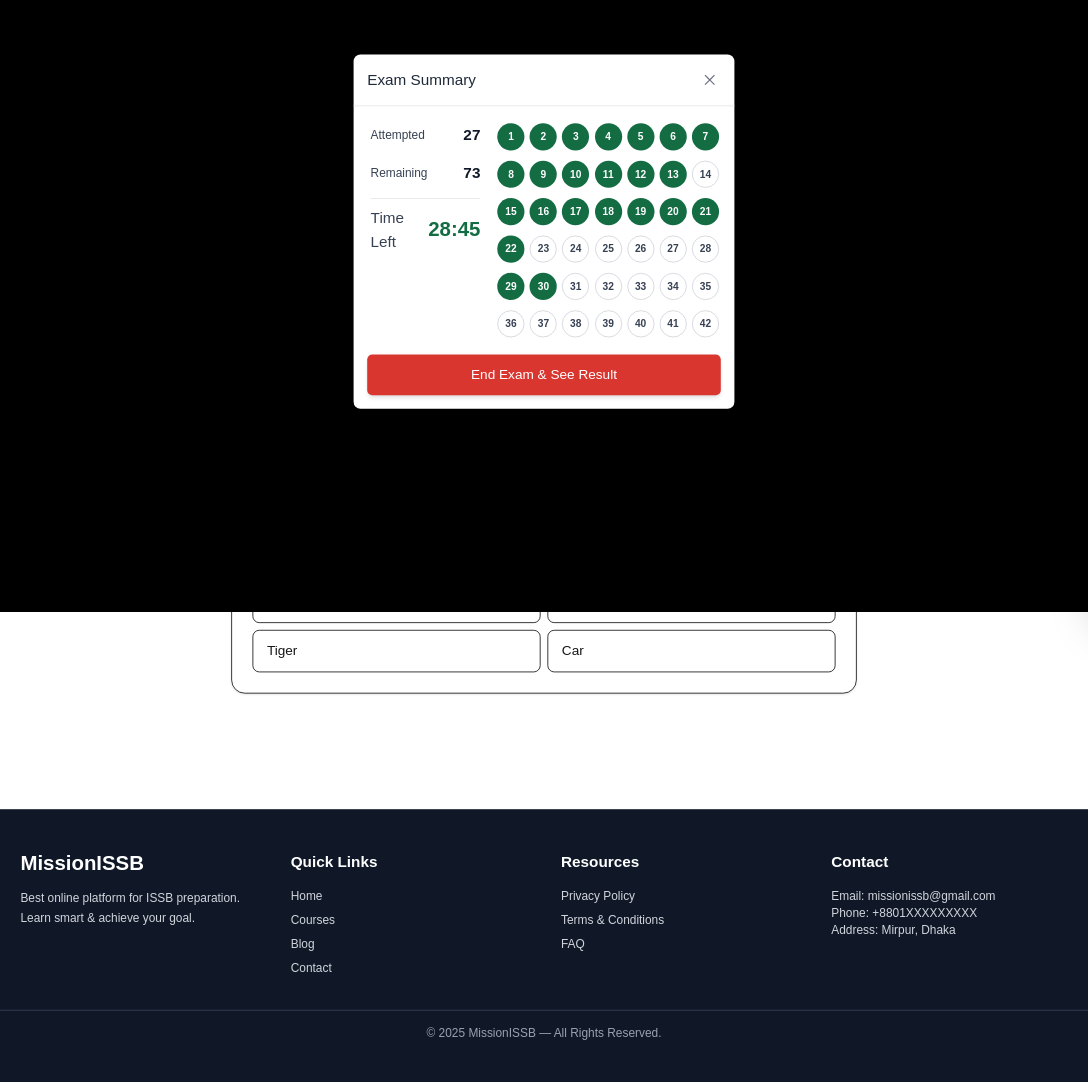
Repository: mdmuhibullahhabib/missionissb
Page: /exam/verbal-model-test-01, after clicking the first element matching `button.bg-green-900`
The author's editor kept a copy of each file at every save. The page is drawn from the files as they stood at one save, then again after the next save.
The browser window is 1280 px wide. The pictures show the whole page, at 85% of full size.
The page's requests for data from a server got no answer. The project was rebuilt for these pictures with package versions that can differ from the ones it lists, and the page was loaded fresh each time. The framework's server and built-in components were replaced by stand-ins that run in the browser. No one was signed in, and anything a server would have sent is missing. Also part of the build but not shown: next.config.mjs.

Above is the page before, as saved 2025-12-15 19:29:41.

### app/layout.js
import { Geist, Geist_Mono } from 'next/font/google'
import './globals.css'
import Footer from '@/components/shared/Footer'
import Navbar from '@/components/shared/Navbar'
import NextAuthProvider from './providers/NextAuthProvider'
import LayoutWrapper from '@/components/LayoutWrapper'

const geistSans = Geist({
  variable: '--font-geist-sans',
  subsets: ['latin']
})

const geistMono = Geist_Mono({
  variable: '--font-geist-mono',
  subsets: ['latin']
})

export const metadata = {
  title: 'Mission ISSB',
  description: 'Generated by create next app'
}

export default function RootLayout({ children }) {
  return (
    <html lang='en' suppressHydrationWarning={true}>
      <body
        className={`${geistSans.variable} ${geistMono.variable} antialiased`}
      >
        <NextAuthProvider>

                    <LayoutWrapper>{children}</LayoutWrapper>


          {/* <Navbar />

          {children}

          <Footer /> */}
        </NextAuthProvider>
      </body>
    </html>
  )
}

### app/exam/[id]/page.jsx
"use client";

import { useState, useEffect } from "react";
import { Clock } from "lucide-react";
import McqCard from "./components/McqCard";
import SubmitModal from "./components/SubmitModal";

/* Fake Questions */
const questions = [
  {
    question: "Find the odd one out",
    options: ["VUTS", "NUTS", "PONM", "JIHG", "None of these"],
  },
  {
    question: "Choose the correct series",
    options: ["2, 6, 12", "3, 9, 27", "5, 10, 20", "7, 14, 28"],
  },
  {
    question: "Which word is different?",
    options: ["Dog", "Cat", "Tiger", "Car"],
  },
];

const ExamPage = () => {
  const [answers, setAnswers] = useState({});
  const [showSubmitModal, setShowSubmitModal] = useState(false);
  const [timeLeft, setTimeLeft] = useState(1 * 60); // ✅ 35 min in seconds

  /* ================= TIMER LOGIC ================= */
  useEffect(() => {
    if (timeLeft <= 0) {
      handleSubmit();
      return;
    }

    const timer = setInterval(() => {
      setTimeLeft((prev) => prev - 1);
    }, 1000);

    return () => clearInterval(timer);
  }, [timeLeft]);

  /* ================= HELPER FUNCTIONS ================= */
  const handleSelect = (qIndex, optIdx) => {
    setAnswers({ ...answers, [qIndex]: optIdx });
  };

  const handleSubmit = () => {
    setShowSubmitModal(false);
    alert("Exam Submitted!");
    console.log("Submitted Answers:", answers);
  };

  /* ======== FORMAT TIMER ====== */
  const formatTime = (seconds) => {
    const m = Math.floor(seconds / 60)
      .toString()
      .padStart(2, "0");
    const s = (seconds % 60).toString().padStart(2, "0");
    return `${m}:${s}`;
  };

  return (
    <div className="min-h-screen bg-white pb-28">

      {/* Header */}
      <div className="text-center py-6">
        <h1 className="text-2xl font-bold">Verbal Model Test 01</h1>
        <p className="text-gray-600">
          Total Questions: {questions.length} | Duration: 35 min
        </p>
      </div>

      {/* Questions */}
      <div className="max-w-3xl space-y-4 mx-auto px-4">
        {questions.map((q, index) => (
          <McqCard
            key={index}
            index={index}
            question={q.question}
            options={q.options}
            selectedAnswer={answers[index]}
            onSelect={(optIdx) => handleSelect(index, optIdx)}
          />
        ))}
      </div>

      {/* Footer */}
      <div className="fixed bottom-0 left-0 w-full bg-white border-t px-4 py-3 flex justify-between items-center">
        <div className="flex items-center gap-2 font-medium">
          <Clock size={18} />
          <span>{formatTime(timeLeft)}</span>
        </div>

        <button
          onClick={() => setShowSubmitModal(true)}
          className="bg-green-900 btn text-white px-6 py-2 rounded-full"
        >
          Submit Exam
        </button>
      </div>

      {/* Submit Modal */}
      <SubmitModal
        isOpen={showSubmitModal}
        onClose={() => setShowSubmitModal(false)}
        onSubmit={handleSubmit}
      />
    </div>
  );
};

export default ExamPage;

### components/shared/Footer.jsx
"use client";
import Link from "next/link";

export default function Footer() {
  return (
    <footer className="bg-gray-900 text-gray-300 py-12">
      <div className="max-w-7xl mx-auto grid grid-cols-1 md:grid-cols-4 gap-10 px-6">

        {/* Column 1 */}
        <div>
          <h2 className="text-2xl font-bold text-white">MissionISSB</h2>
          <p className="mt-3 text-sm leading-6">
            Best online platform for ISSB preparation.
            Learn smart & achieve your goal.
          </p>
        </div>

        {/* Column 2 */}
        <div>
          <h3 className="text-lg font-semibold text-white mb-4">Quick Links</h3>
          <ul className="space-y-2 text-sm">
            <li><Link href="/" className="hover:text-white">Home</Link></li>
            <li><Link href="/courses" className="hover:text-white">Courses</Link></li>
            <li><Link href="/blog" className="hover:text-white">Blog</Link></li>
            <li><Link href="/contact" className="hover:text-white">Contact</Link></li>
          </ul>
        </div>

        {/* Column 3 */}
        <div>
          <h3 className="text-lg font-semibold text-white mb-4">Resources</h3>
          <ul className="space-y-2 text-sm">
            <li><Link href="/privacy" className="hover:text-white">Privacy Policy</Link></li>
            <li><Link href="/terms" className="hover:text-white">Terms & Conditions</Link></li>
            <li><Link href="/faq" className="hover:text-white">FAQ</Link></li>
          </ul>
        </div>

        {/* Column 4 */}
        <div>
          <h3 className="text-lg font-semibold text-white mb-4">Contact</h3>
          <p className="text-sm">Email: missionissb@gmail.com</p>
          <p className="text-sm">Phone: +8801XXXXXXXXX</p>
          <p className="text-sm">Address: Mirpur, Dhaka</p>
        </div>
      </div>

      <div className="mt-10 border-t border-gray-700 pt-4 text-center text-gray-400 text-sm">
        © {new Date().getFullYear()} MissionISSB — All Rights Reserved.
      </div>
    </footer>
  );
}

### app/providers/NextAuthProvider.jsx
"use client"
import { SessionProvider } from 'next-auth/react'
import React from 'react'

const NextAuthProvider = ({ children }) => {
    return <SessionProvider>{children}</SessionProvider>
}

export default NextAuthProvider;

### components/LayoutWrapper.jsx
"use client";

import { usePathname } from "next/navigation";
import Navbar from "./shared/Navbar";
import Footer from "./shared/Footer";

export default function LayoutWrapper({ children }) {
  const pathname = usePathname();
  const isAdmin = pathname.startsWith("/admin");
  const isAuth = pathname.startsWith("/auth");

  return (
    <>
      {!isAdmin && !isAuth && <Navbar />}

      <main>{children}</main>

      {!isAdmin && !isAuth && <Footer />}
    </>
  );
}

### app/exam/[id]/components/McqCard.jsx
"use client";

import { Bookmark } from "lucide-react";

const McqCard = ({
  index,
  question,
  options,
  selectedAnswer,
  onSelect,
}) => {
  return (
    <div className="border rounded-2xl p-6 shadow-sm mb-6">

      {/* Question */}
      <div className="flex justify-between items-start mb-4">
        <h2 className="font-semibold text-lg">
          Q{index + 1}. {question}
        </h2>
        <Bookmark className="text-gray-400 cursor-pointer" />
      </div>

      {/* Options */}
      <div className="space-3 grid md:grid-cols-2 gap-2">
        {options.map((opt, idx) => (
          <button
            key={idx}
            onClick={() => onSelect(idx)}
            className={`w-full text-left px-4 py-3 border rounded-lg transition
              ${
                selectedAnswer === idx
                  ? "bg-green-100 border-green-600"
                  : "hover:bg-gray-50"
              }`}
          >
            {opt}
          </button>
        ))}
      </div>
    </div>
  );
};

export default McqCard;

### app/exam/[id]/components/SubmitModal.jsx
"use client";

import React from "react";
import { AiOutlineClose } from "react-icons/ai";

// --- Constants for stats ---
const ATTEMPTED_COUNT = 27;
const REMAINING_COUNT = 73;
const TIME_LEFT = "28:45";

// --- Mock question grid data (42 questions) ---
const MOCK_QUESTIONS = Array.from({ length: 42 }, (_, i) => {
  const id = i + 1;
  let status = "remaining";

  // Manually mark attempted questions based on visual pattern
  if (
    (id >= 1 && id <= 7) ||
    (id >= 9 && id <= 13) ||
    (id >= 15 && id <= 22) ||
    (id >= 29 && id <= 30) ||
    id === 8
  ) {
    status = "attempted";
  }

  return { id, status };
});

const SubmitModal = ({ isOpen, onClose, onSubmit }) => {
  if (!isOpen) return null;

  // Function to map question status to Tailwind classes
  const getQuestionClass = (status) => {
    switch (status) {
      case "attempted":
        return "bg-[#146C43] text-white"; // Dark green
      case "remaining":
      default:
        return "bg-white text-gray-700 border border-gray-300"; // Light gray
    }
  };

  return (
    <div
      className="fixed inset-0 z-50 flex items-start pt-16 justify-center bg-black bg-opacity-50"
      onClick={onClose}
    >
      <div
        className="bg-white rounded-lg shadow-xl w-full max-w-md mx-4"
        onClick={(e) => e.stopPropagation()}
      >
        {/* Header */}
        <div className="flex justify-between items-center p-4 border-b border-gray-200">
          <h2 className="text-lg font-medium text-gray-800">Exam Summary</h2>
          <button
            onClick={onClose}
            className="text-gray-500 hover:text-gray-700 p-1"
          >
            <AiOutlineClose size={18} />
          </button>
        </div>

        {/* Body */}
        <div className="p-5 flex space-x-5">
          {/* Stats */}
          <div className="mb-6 space-y-4">
            <div className="flex justify-between items-center">
              <span className="text-sm text-gray-700">Attempted</span>
              <span className="font-semibold text-lg text-gray-900">
                {ATTEMPTED_COUNT}
              </span>
            </div>
            <div className="flex justify-between items-center">
              <span className="text-sm text-gray-700">Remaining</span>
              <span className="font-semibold text-lg text-gray-900">
                {REMAINING_COUNT}
              </span>
            </div>
            <div className="flex justify-between items-center pt-2 border-t border-gray-200">
              <span className="text-lg font-medium text-gray-700">Time Left</span>
              <span className="font-bold text-2xl text-[#146C43]">{TIME_LEFT}</span>
            </div>
          </div>

          {/* Question Grid */}
          <div className="grid grid-cols-7 gap-x-2 gap-y-3">
            {MOCK_QUESTIONS.map((q) => (
              <div
                key={q.id}
                className={`flex items-center justify-center w-8 h-8 rounded-full text-xs font-semibold ${getQuestionClass(
                  q.status
                )}`}
              >
                {q.id}
              </div>
            ))}
          </div>
        </div>

        {/* Footer */}
        <div className="p-4 pt-0">
          <button
            onClick={onSubmit}
            className="w-full py-3 bg-[#D93630] hover:bg-red-700 text-white font-medium rounded-md shadow-md transition-colors"
          >
            End Exam & See Result
          </button>
        </div>
      </div>
    </div>
  );
};

export default SubmitModal;

### components/user/UserDrawerMenu.jsx
"use client";

import { FiX, FiUser, FiShoppingBag, FiSettings, FiGrid, FiLogOut } from "react-icons/fi";
import { motion, AnimatePresence } from "framer-motion";
import Image from "next/image";
import { useRouter } from "next/navigation";
import { signOut, useSession } from "next-auth/react";
import Link from "next/link";

export default function DrawerMenu({ isOpen, onClose, user = {} }) {
  const router = useRouter();
  const { data: session, status } = useSession();
  console.log(session)

  const handleNavigate = (path) => {
    onClose();
    router.push(path);
  };

  const handleLogout = async () => {
    // You can replace with your logout logic
    console.log("User logged out");
    onClose();
    await signOut();
  };

  const isAdmin = user?.role === "admin";

  return (
    <>
      {/* Overlay */}
      <AnimatePresence>
        {isOpen && (
          <motion.div
            initial={{ opacity: 0 }}
            animate={{ opacity: 1 }}
            exit={{ opacity: 0 }}
            onClick={onClose}
            className="fixed inset-0 bg-black/30 backdrop-blur-sm z-40 cursor-pointer"
          />
        )}
      </AnimatePresence>

      {/* Drawer */}
      <motion.div
        initial={{ x: "100%" }}
        animate={{ x: isOpen ? 0 : "100%" }}
        exit={{ x: "100%" }}
        transition={{ type: "spring", stiffness: 100, damping: 20 }}
        className="fixed top-0 right-0 h-full w-80 sm:w-96 bg-white shadow-2xl z-50 flex flex-col"
      >
        {/* Header */}
        <div className="flex justify-between items-center p-4 border-b">
          <div className="flex items-center gap-3">
            <Image
              src={user?.photo || "https://i.ibb.co/5j9n3yH/default-avatar.png"}
              width={40}
              height={40}
              alt="User avatar"
              className="rounded-full object-cover"
            />
            <div>
              <p className="font-semibold text-gray-800">
                {user?.name || "Guest User"}
              </p>
              <p className="text-xs text-gray-500">
                {isAdmin ? "Administrator" : "Regular User"}
              </p>
            </div>
          </div>
          <button onClick={onClose} className="text-gray-600 hover:text-red-500">
            <FiX className="h-6 w-6" />
          </button>
        </div>

        {/* Menu Items */}
        <div className="flex-1 overflow-y-auto p-5 space-y-4 text-gray-700">
          <button
            onClick={() => handleNavigate("/profile")}
            className="flex items-center gap-3 w-full p-3 rounded-xl hover:bg-gray-100 transition"
          >
            <FiUser className="text-red-500" />
            <span>My Profile</span>
          </button>

          <Link
            href={"/mycourse"}
            // onClick={() => handleNavigate("/mycourse")}
            className="flex items-center gap-3 w-full p-3 rounded-xl hover:bg-gray-100 transition"
          >
            <FiShoppingBag className="text-red-500" />
            <span>My Courses</span>
          </Link>

          <Link
            href={"/admin/dashboard"}
            // onClick={() => handleNavigate("/mycourse")}
            className="flex items-center gap-3 w-full p-3 rounded-xl hover:bg-gray-100 transition"
          >
            <FiShoppingBag className="text-red-500" />
            <span>Admin Dashboard</span>
          </Link>

          {isAdmin && (
            <button
              onClick={() => handleNavigate("/admin/dashboard")}
              className="flex items-center gap-3 w-full p-3 rounded-xl hover:bg-gray-100 transition"
            >
              <FiGrid className="text-red-500" />
              <span>Admin Dashboard</span>
            </button>
          )}
        </div>

        {/* Footer */}
        <div className="border-t p-4">
          <button
            onClick={handleLogout}
            className="flex items-center justify-center gap-2 w-full py-2 bg-red-600 text-white font-medium rounded-xl hover:bg-red-700 transition"
          >
            <FiLogOut />
            Logout
          </button>
        </div>
      </motion.div>
    </>
  );
}

Loaded but not shown: app/globals.css (common file); components/shared/Navbar.jsx (146 lines, source omitted)

After the next save:
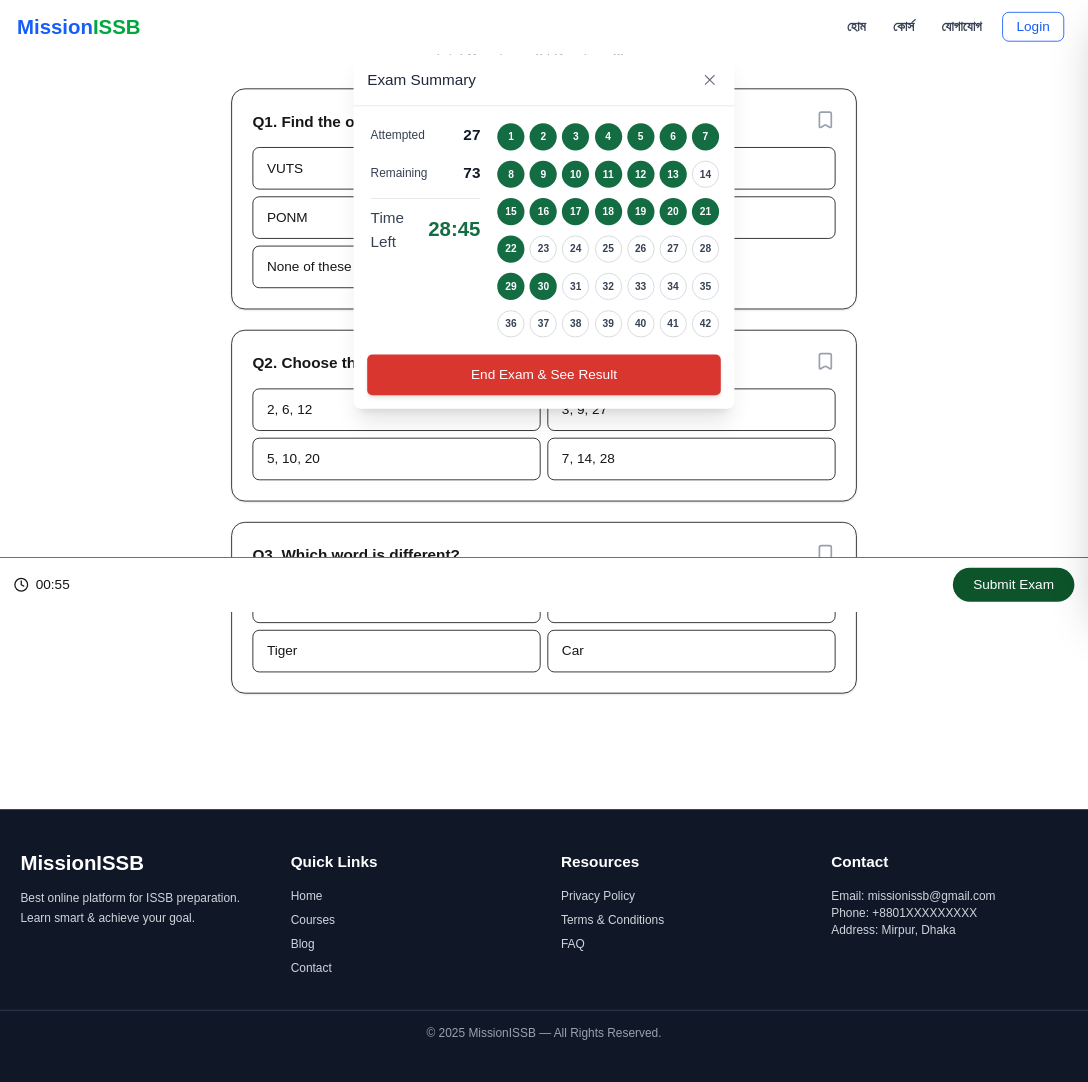
Saved 28 s later.
--- a/app/exam/[id]/components/SubmitModal.jsx
+++ b/app/exam/[id]/components/SubmitModal.jsx
@@ -43,7 +43,7 @@
 
   return (
     <div
-      className="fixed inset-0 z-50 flex items-start pt-16 justify-center bg-black bg-opacity-50"
+      className="fixed inset-0 z-50 flex items-start pt-16 justify-center  bg-opacity-50"
       onClick={onClose}
     >
       <div

After the 5 saves that followed:
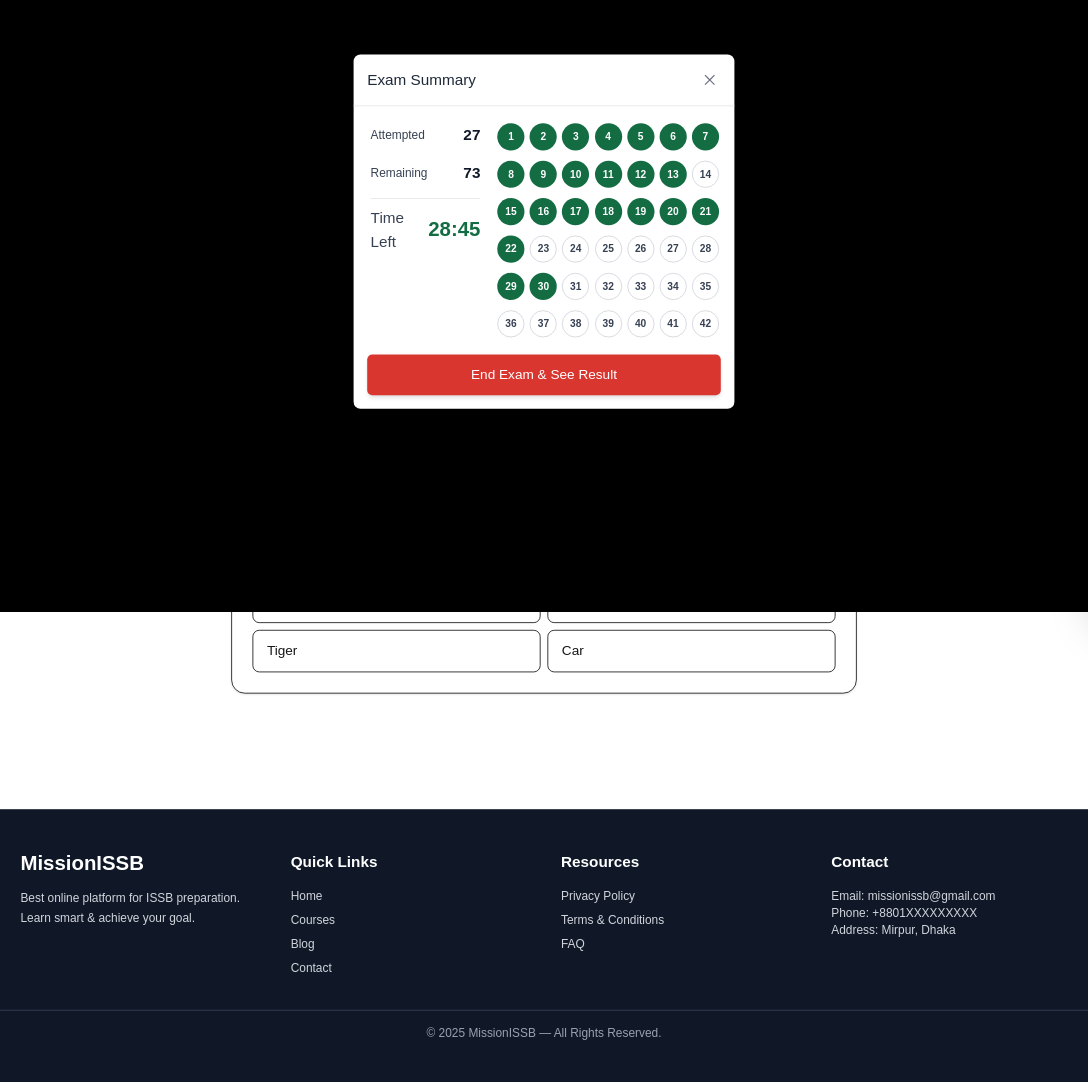
The 5 saves are shown as one change because 3 left the picture as it was and some came seconds apart.
The last was saved 38 s later.
--- a/app/exam/[id]/components/SubmitModal.jsx
+++ b/app/exam/[id]/components/SubmitModal.jsx
@@ -43,7 +43,7 @@
 
   return (
     <div
-      className="fixed inset-0 z-50 flex items-start pt-16 justify-center  bg-opacity-50"
+      className="fixed inset-0 z-50 flex items-start pt-16 justify-center bg-black bg-opacity-50"
       onClick={onClose}
     >
       <div
